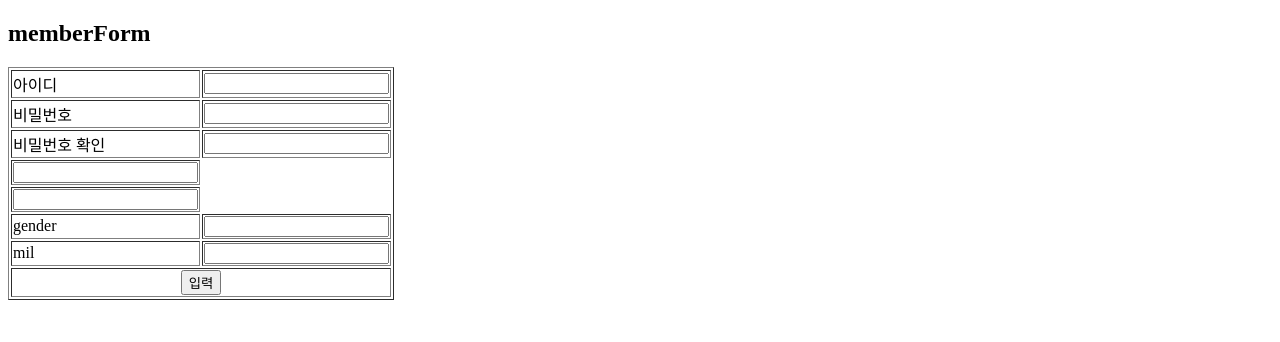
Repository: Yousehyeon/spring_work
Page: stsMvcProj/src/main/webapp/views/req/memberForm.html
An editor plug-in stored every save of this project. The page is shown before and after the next save, followed by the edit.
The browser window is 1280 px wide. The pictures show the whole page.

Above is the page before, as saved 2023-08-18 07:12:48.

### stsMvcProj/src/main/webapp/views/req/memberForm.html
<!DOCTYPE html>
<html>
<head>
<meta charset="UTF-8">
<title>회원가입이다.</title>
</head>
<body>
<h2>memberForm</h2>
<form action="memberReg" method="post">
	<table border="">
		<tr>
			<td>아이디</td>
			<td><input type="text" name="id" /></td>
		</tr>
		<tr>
			<td>비밀번호</td>
			<td><input type="password" name="passwd" /></td>
		</tr>
		<tr>
			<td>비밀번호 확인</td>
			<td><input type="password" name="passwd1" /></td>
		</tr>
		<tr>

			<td><input type="text" name="jum" /></td>
		</tr>
		<tr>

			<td><input type="text" name="jum" /></td>
		</tr>
		<tr>
			<td>gender</td>
			<td><input type="text" name="gender" /></td>
		</tr>
		<tr>
			<td>mil</td>
			<td><input type="text" name="mil" /></td>
		</tr>

		<tr>
			<td colspan="2" align="center">
				<input type="submit" value="입력" />
			</td>
		</tr>
	</table>
</form>
</body>
</html>

After the next save:
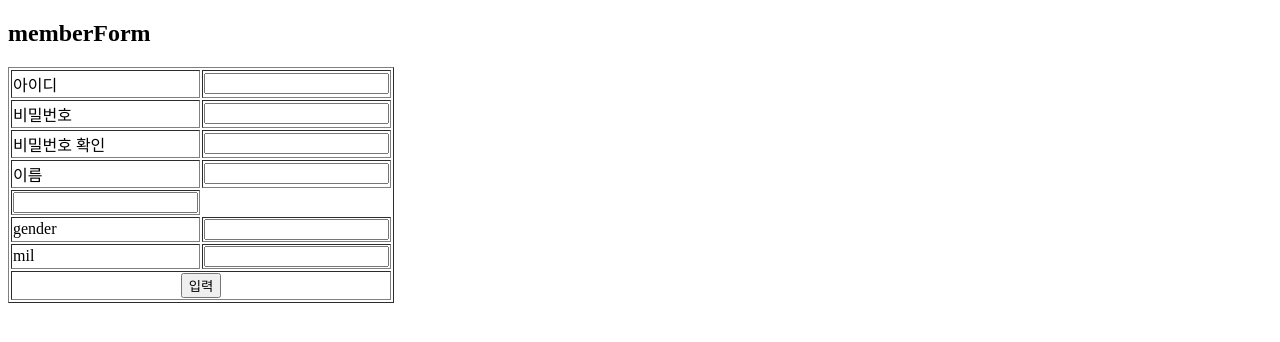
Saved 29 s later.
--- a/stsMvcProj/src/main/webapp/views/req/memberForm.html
+++ b/stsMvcProj/src/main/webapp/views/req/memberForm.html
@@ -21,8 +21,8 @@
 			<td><input type="password" name="passwd1" /></td>
 		</tr>
 		<tr>
-
-			<td><input type="text" name="jum" /></td>
+			<td>이름</td>
+			<td><input type="text" name="pname" /></td>
 		</tr>
 		<tr>
 
